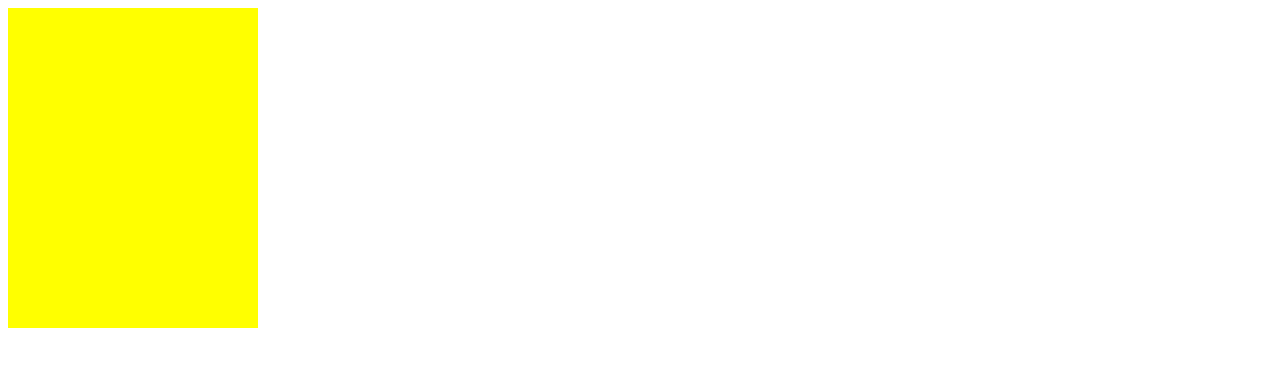
Repository: maixuanhieu/giftcard
Page: index.html
The author's editor kept a copy of each file at every save. The page is drawn from the files as they stood at one save, then again after a run of saves.
The browser window is 1280 px wide. The pictures show the whole page.
The style sheet was rebuilt from its Sass, Less or Tailwind sources for each picture, by a compiler version that may differ from the author's.

Above is the page before, as saved 2021-11-16 13:54:35.

### index.html
<!DOCTYPE html>
<html lang="en">

<head>
    <meta charset="UTF-8">
    <meta http-equiv="X-UA-Compatible" content="IE=edge">
    <meta name="viewport" content="width=device-width, initial-scale=1.0">
    <title>CSS Flip Card</title>
    <link rel="stylesheet" href="style.css">
</head>

<body>
    <div class="maincontainer">

        <div class="thecard"></div>

        <div class="thefront"></div>

        <div class="theback"></div>

    </div>
</body>

</html>

### style.scss
.maincontainer{
    position: relative;
    width: 250px;
    height: 320px;
    background: green;
}

.thecard{
    position: absolute;
    width: 100%;
    height: 100%;
    transform-style: preserve-3d;
    transition: all 0.5s ease;
    background: yellow;
}

.thefront{
    position: absolute;
    width: 100%;
    height: 100%;
}

After the next 10 saves:
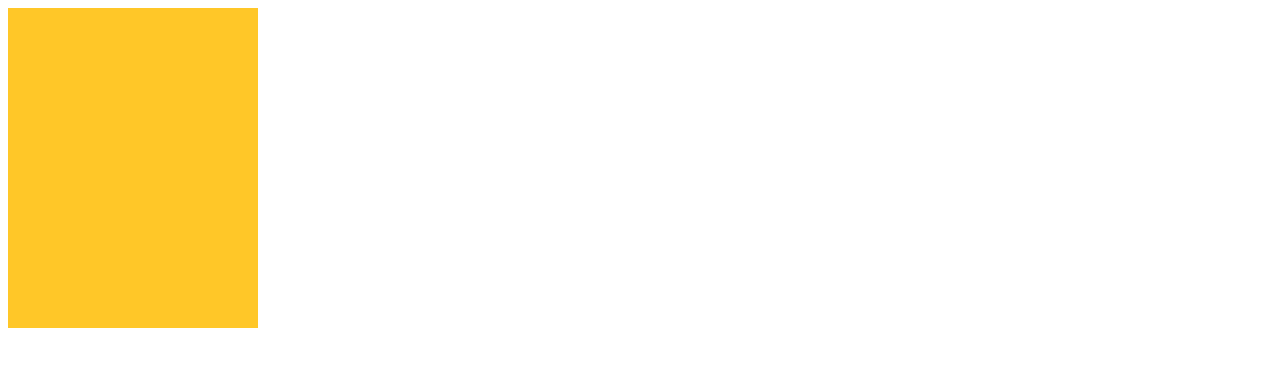
The 10 saves are shown as one change because 2 did not build or start and some came seconds apart.
The last was saved 37 s later.
--- a/style.scss
+++ b/style.scss
@@ -18,4 +18,7 @@
     position: absolute;
     width: 100%;
     height: 100%;
+    backface-visibility: hidden;
+    background: #ffc728;
+    color: #333;
 }
